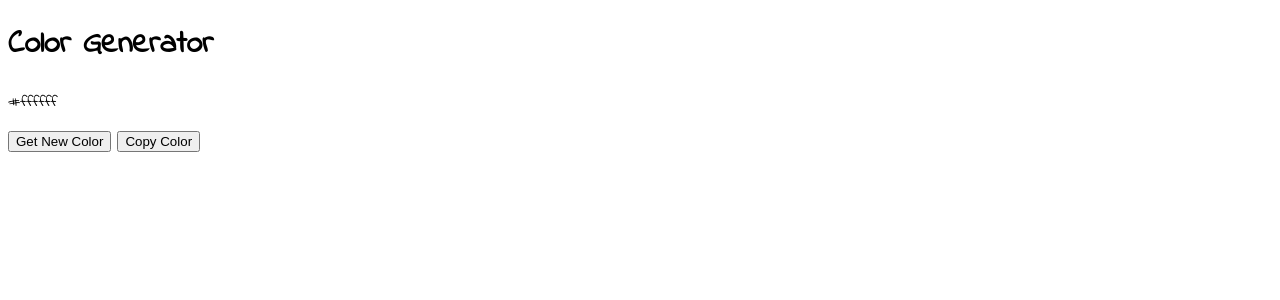
Repository: codimis/JSB-01-Color-Changer
Page: index.html
The author's editor kept a copy of each file at every save. The page is drawn from the files as they stood at one save, then again after the next save.
The browser window is 1280 px wide. The pictures show the whole page.

Above is the page before, as saved 2021-09-17 01:35:17.

### index.html
<!DOCTYPE html>
<html lang="en">
<head>
    <meta charset="UTF-8">
    <meta http-equiv="X-UA-Compatible" content="IE=edge">
    <meta name="viewport" content="width=device-width, initial-scale=1.0">
    <title>Color Generator</title>
    <link rel="stylesheet" href="style.css" />
    <script defer src="color.js"></script>
</head>
<body>
    <div class="container">
        <h1>Color Generator</h1>
        <p id="currentColor">#ffffff</p>
        <button id="pickColor" onclick="setColor()">Get New Color</button>
        <button id="copyColor" onclick="copyColor()">Copy Color</button></div>
</body>
</html>

### style.css
@import url('https://fonts.googleapis.com/css2?family=Indie+Flower&display=swap');

:root {
    --color-dark: #1b2b1b;
    --color-light: #efefef;
}

body {
    font-family: "Indie Flower", sans-serif;
    color :
}

Loaded but not shown: color.js (no stored copy; drawn as an empty file)

After the next save:
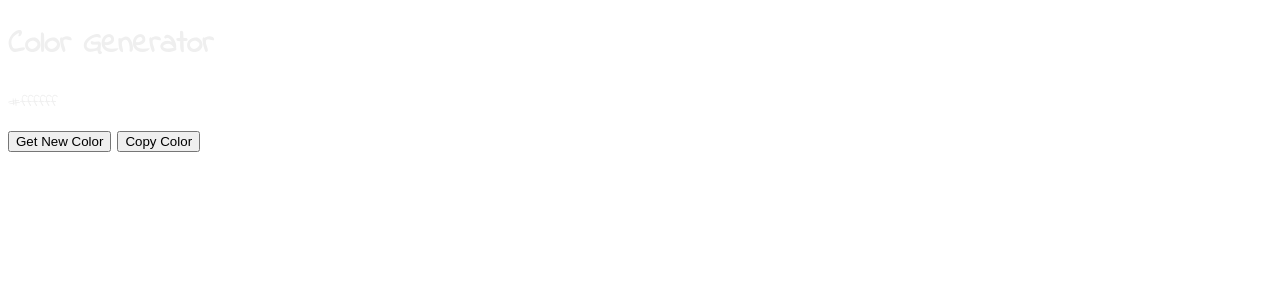
Saved 12 s later.
--- a/style.css
+++ b/style.css
@@ -7,5 +7,5 @@
 
 body {
     font-family: "Indie Flower", sans-serif;
-    color :
+    color: var(--color-light)
 }
